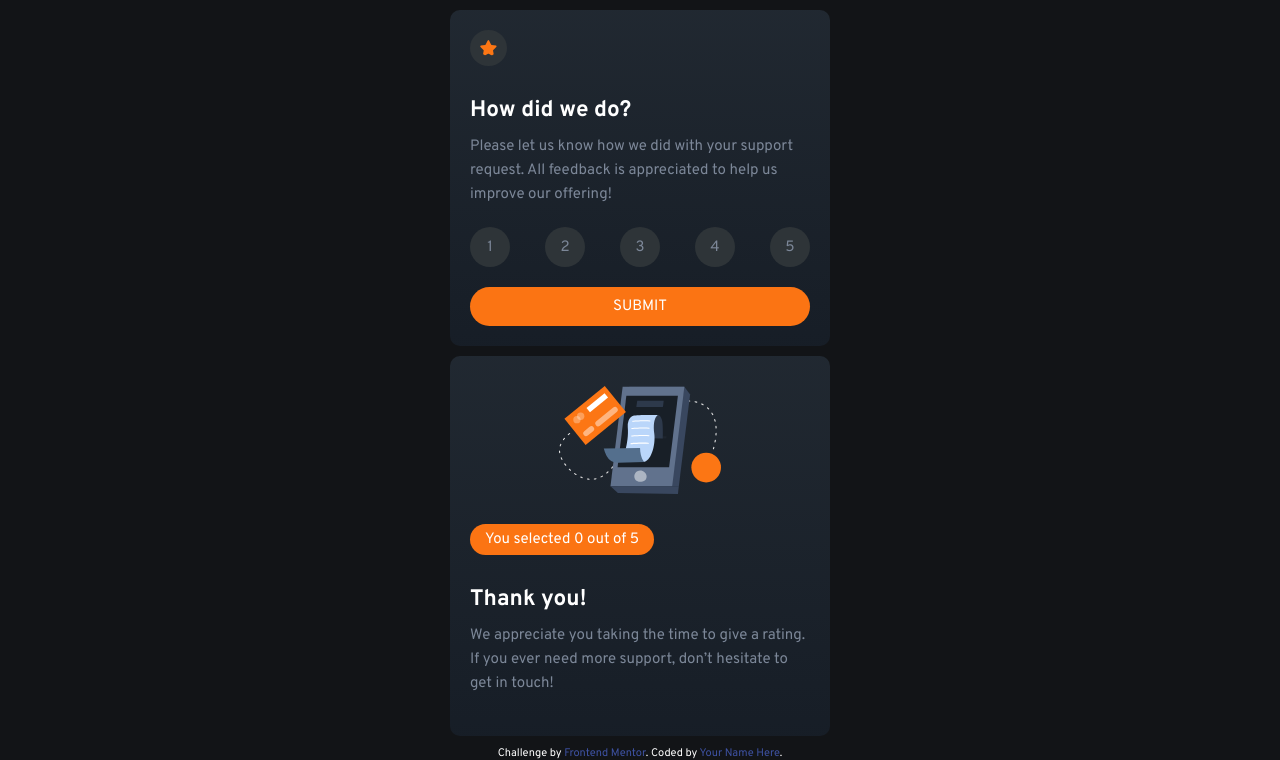
Repository: huynhnhutanhduy/interactive-rating-component
Page: index.html
An editor plug-in stored every save of this project. The page is shown before and after the next save, followed by the edit.
The browser window is 1280 px wide. The pictures show the whole page.

Above is the page before, as saved 2022-10-19 11:09:39.

After the next save:
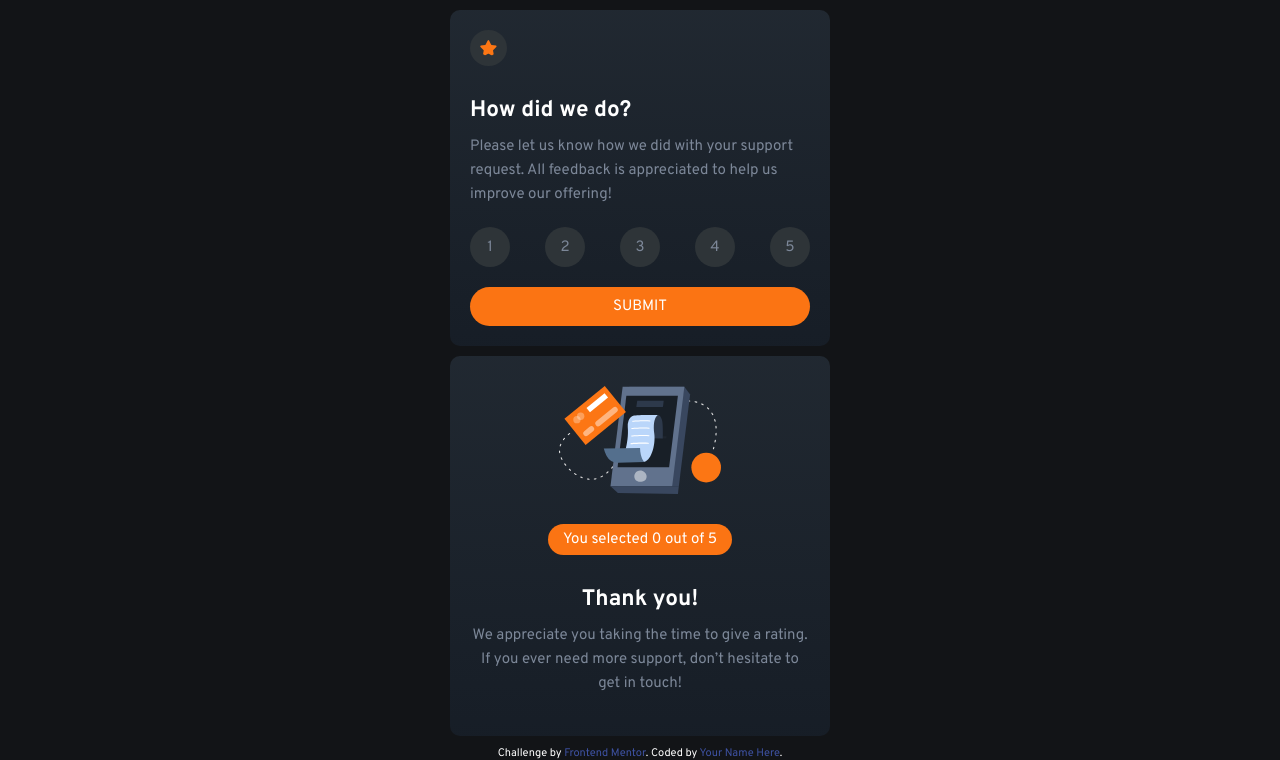
Saved 26 s later.
--- a/app.css
+++ b/app.css
@@ -106,7 +106,7 @@
   border-radius: 2rem;
   text-transform: uppercase;
 }
-.rating-center {
+.center {
   text-align: center;
 }
 .rating-thank {

After the 3 saves that followed:
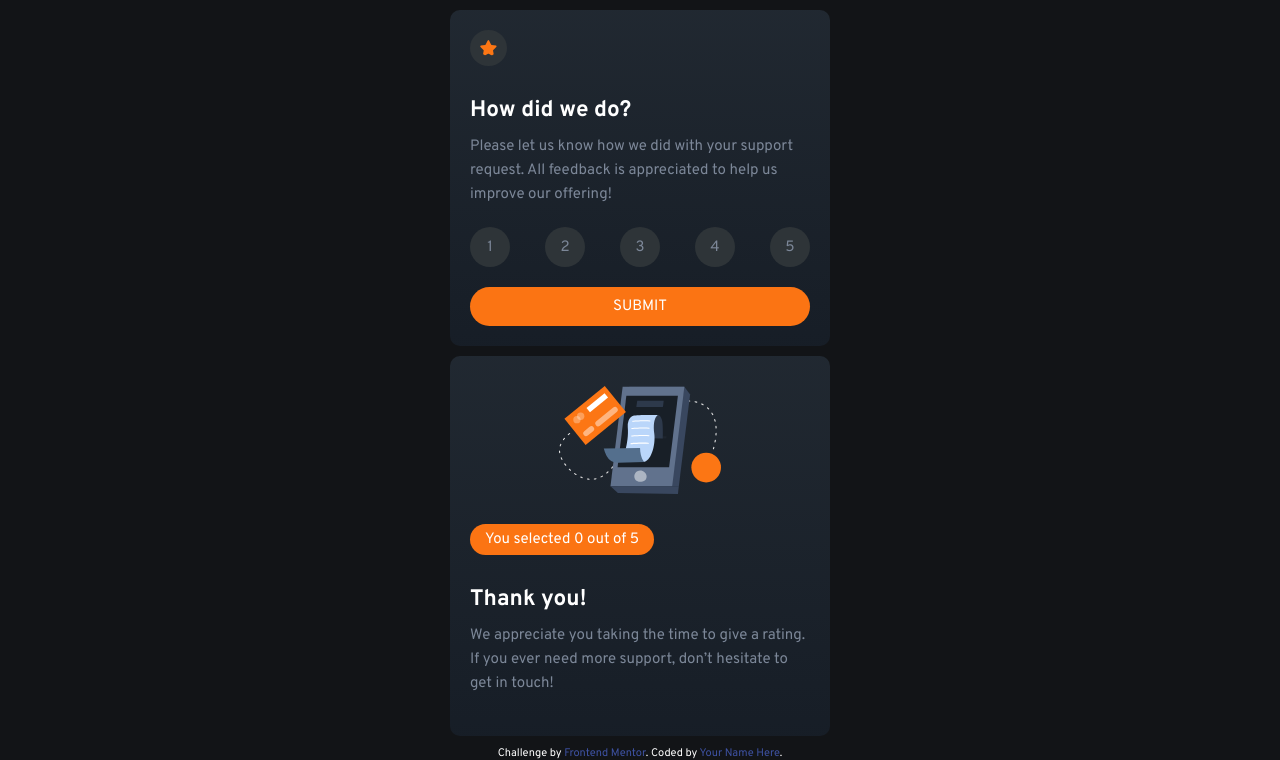
The 3 saves are shown as one change because 1 left the picture as it was and some came seconds apart.
The last was saved 18 s later.
--- a/index.html
+++ b/index.html
@@ -53,7 +53,7 @@
       </article>
     </main>
 
-    <footer class="attribution">
+    <footer class="attribution center">
       Challenge by
       <a href="https://www.frontendmentor.io?ref=challenge" target="_blank">Frontend Mentor</a
       >. Coded by <a href="#">Your Name Here</a>.
--- a/app.css
+++ b/app.css
@@ -106,9 +106,6 @@
   border-radius: 2rem;
   text-transform: uppercase;
 }
-.center {
-  text-align: center;
-}
 .rating-thank {
   margin: 1rem auto 2rem;
 }
